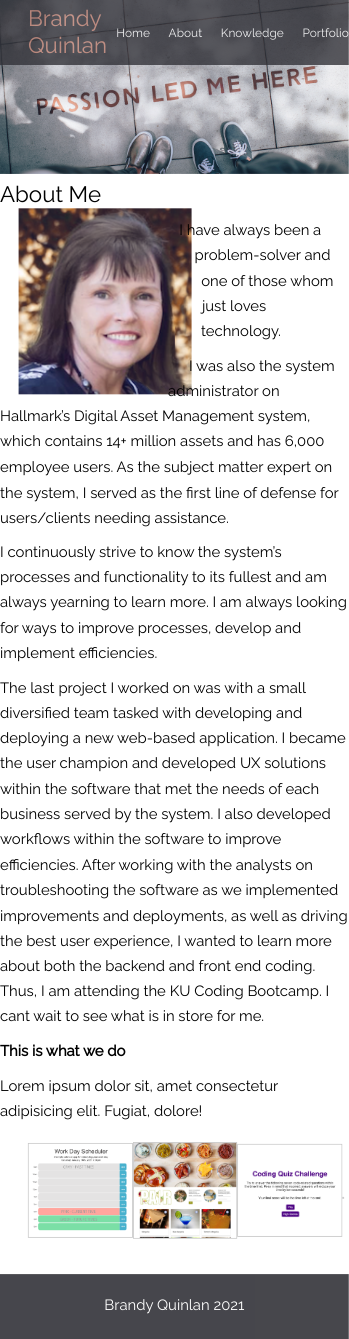
Repository: brandyquinlan/brandyquinlan
Page: index.html
An editor plug-in stored every save of this project. The page is shown before and after the next save, followed by the edit.
The browser window is 375 px wide. The pictures show the whole page, at 93% of full size.
Some web libraries are served in a nearby version.

Above is the page before, as saved 2021-02-05 21:12:02.

### index.html
<!DOCTYPE html>
<html lang="en">

<head>
    <meta charset="UTF-8">
    <meta name="viewport" content="width=device-width, initial-scale=1.0">
    <link href="https://fonts.googleapis.com/css2?family=Roboto" rel="stylesheet">
    <link href="https://fonts.googleapis.com/css2?family=Raleway" rel="stylesheet">

    <link rel="stylesheet" href="https://cdnjs.cloudflare.com/ajax/libs/font-awesome/5.13.0/css/all.min.css" integrity="sha256-h20CPZ0QyXlBuAw7A+KluUYx/3pK+c7lYEpqLTlxjYQ=" crossorigin="anonymous" />
    <link rel="stylesheet" href="css/style.css">
    <title>Quinlan Portfolio</title>
</head>

<body id="home">
    <header class="hero">
        <div id="navbar" class="navbar">
            <h1 class="name">Brandy Quinlan</h1>
            <nav>
                <ul>
                    <li><a href="#home">Home</a></li>
                    <li><a href="#about">About</a></li>
                    <li><a href="#knowledge">Knowledge</a></li>
                    <li><a href="portfolio.html">Portfolio</a></li>
                    <li><a href="contact.html">Contact</a></li>
                </ul>
            </nav>
        </div>
        <section class="container">
            <img src="img/ian-schneider-TamMbr4okv4-unsplash.png" alt="" class="no-repeat  center center/cover">
        </section>
        <!-- <div id="content">
            <h1>My Slogan</h1>
            <p>Lorem ipsum dolor sit amet, consectetur adipisicing elit. Delectus, molestiae.</p>
        </div> -->
    </header>

    <!-- About -->
    <section id="aboutMe">
        <h1>About Me</h1>
        <div id="aboutRow1">

            <img class="float-left img-fluid mr-4 w-25" src="img/Me_copy.png" alt="Brandy Quinlan">
        </div>
        <p>
            I have always been a problem-solver and one of those whom just loves technology.
        </p>
        <p>
            I was also the system administrator on Hallmark’s Digital Asset Management system, which contains 14+ million assets and has 6,000 employee users. As the subject matter expert on the system, I served as the first line of defense for users/clients needing
            assistance.
        </p>
        <p> I continuously strive to know the system’s processes and functionality to its fullest and am always yearning to learn more. I am always looking for ways to improve processes, develop and implement efficiencies.
        </p>
        <p>
            The last project I worked on was with a small diversified team tasked with developing and deploying a new web-based application. I became the user champion and developed UX solutions within the software that met the needs of each business served by the
            system. I also developed workflows within the software to improve efficiencies. After working with the analysts on troubleshooting the software as we implemented improvements and deployments, as well as driving the best user experience, I
            wanted to learn more about both the backend and front end coding. Thus, I am attending the KU Coding Bootcamp. I cant wait to see what is in store for me.
        </p>

    </section>
    <!-- Portfolio Gallery -->
    <section class="projects flex-grid section-padding">
        <header class="section-header">
            <h4>This is what we do</h4>
            <p>
                Lorem ipsum dolor sit, amet consectetur adipisicing elit. Fugiat, dolore!
            </p>
        </header>
        <div class="row">
            <div class="projectsGallery">

                <a href="https://brandyquinlan.github.io/HW05_Day_Planner/" target=”_blank”>
                    <img src="img/day_planner.png" alt="" />
                </a>
                <a href="https://brandyquinlan.github.io/PAIR/" target=”_blank”>
                    <img src="/img/PAIR.png" alt="" />
                </a>
                <a href="https://brandyquinlan.github.io/HW04_Coding_Quiz/" target=”_blank”>
                    <img src="img/code-quiz.png" alt="Code Quiz Project" />
                </a>
                <a href="">
                    <img src="" alt="" />
                </a>
            </div>
    </section>
    <footer>
        <div>
            <p>Brandy Quinlan 2021</p>
        </div>
    </footer>

</body>

</html>

### css/style.css
        * {
            box-sizing: border-box;
            margin: 0;
            padding: 0;
        }
        /* Base Styles */

        body {
            font-family: 'Raleway', sans-serif;
            background: #fff;
            /* color: #333; */
            line-height: 1.7;
        }

        h1,
        h2 {
            font-weight: 250;
            font-size: 1.5rem;
            line-height: 1.2;
        }

        ul {
            list-style: none;
        }

        p {
            margin: 10px 0;
        }

        a {
            text-decoration: none;
            color: #333;
        }

        img {
            max-width: 100%;
        }
        /* Header */

        header h1 {
            color: #bf8273;
            padding-left: 10px;
        }
        /* Navbar */

        #navbar {
            display: flex;
            align-items: center;
            justify-content: space-between;
            width: 100%;
            height: 70px;
            position: fixed;
            top: 0px;
            background: #333339;
            color: #fff;
            opacity: .8;
            padding: 0 20px;
        }

        #navbar a {
            color: #fff;
            padding: 10px 10px;
            font-size: .8rem;
        }

        #navbar a:hover {
            color: #a35a4e;
        }

        #navbar ul {
            display: flex;
        }
        /* About */

        #about {
            border: 30px #5b8f9c solid;
            padding: 30px 80px;
            background: #f4f4f4;
            color: #333;
            /* background: #99999d;
            color: #fff; */
            font-size: .9rem;
        }

        #about h1 {
            color: #e6978a;
            padding-bottom: 20px;
        }

        #aboutRow1 {
            float: left;
            /* padding: 20px; */
            justify-content: space-between;
            margin: 0 20px;
            shape-outside: circle();
        }

        #about img {
            border-radius: 50%;
            margin-right: 50px;
            width: 150px;
            height: 150px;
        }
        /* Knowledge */

        #knowledge h1 {
            /* border-top: #99999d 5px solid; */
            color: #e6978a;
            /* font-weight: bolder; */
            padding: 20px 0 0 80px;
            background: #fff;
        }

        .blocks {
            position: relative;
            top: 15px;
            height: 260px;
            font-size: .9rem;
            background: #f4f4f4;
            border: #ccc 1px dashed;
        }

        .box {
            float: left;
            width: 30%;
            padding: 50px 30px 30px;
            text-align: center;
        }

        .box i {
            margin-bottom: 10px;
        }

        .blocks #box2 {
            background: #e6978a;
            color: #fff;
            height: 260px;
            width: 40%;
            /* position: relative;
            top: -10px; */
        }

        .blocks p {
            margin-bottom: 25px;
        }

        .blocks .btn {
            background: #333;
            color: #fff;
            padding: 5px 15px;
            margin-top: 15px;
            cursor: pointer;
        }

        .blocks .btn:hover {
            opacity: .8;
        }
        /* Projects */

        .projectsGallery {
            padding: 10px 5px 20px 30px;
            display: flex;
            justify-content: space-around;
            align-items: center;
        }

        .projects img {
            border: #ccc 1px solid;
            width: 30vw;
        }

        .projectsGallery p {
            background: #e6978a;
        }

        .projects h1 {
            justify-content: center;
            color: #e6978a;
            padding: 40px 0 0 80px;
        }
        /* Contact */
        /* .form-group {
            align-items: center;
        } */

        #contact {
            display: flex;
            justify-content: space space-between;
            width: 100%;
            max-width: 1920px;
            margin-top: 40px;
            padding: 20px 80px;
            background: #99999d;
            color: #fff;
            font-size: .9rem;
        }

        #contact .column2 {
            width: 40vw;
            align-items: center;
            margin-left: 40px;
            padding: 25px;
            font-size: .9rem;
            border: 15px solid #67a5b4;
        }

        #contact form {
            width: 40vw;
            outline-color: #e6978a;
        }

        #contact input {
            /* display: inline-block;
            flex-direction: column; */
            width: 100%;
            /* margin: 5px 0 0 0; */
            padding: 5px;
            outline: none;
            outline-color: #e6978a;
            /* border-top-style: hidden;
            border-right-style: hidden; */
            border-style: hidden;
            /* border-bottom-style: groove; */
        }

        #contact label {
            /* display: inline-block; */
            margin-bottom: 5px;
            outline-color: #e6978a;
        }

        #contact textarea {
            height: 60px;
            width: 100%;
            outline-color: #e6978a;
            border-style: hidden;
        }

        #contact .btn {
            border-style: hidden;
            text-align: center;
            background: #e6978a;
            width: 30%;
            margin: 5px 0 5px 0;
            padding: 5px;
            color: #333339;
            /* outline: none; */
            /* background: #e6978a; */
            /* outline: none; */
        }

        #contact h1 {
            padding-top: 5px;
        }
        /* Footer */

        footer {
            background: #333339;
            opacity: .9;
            height: 70px;
        }

        footer p {
            display: flex;
            align-items: center;
            justify-content: center;
            color: #fff;
            padding-top: 20px;
        }

        @media(max-width:768px) {
            .projects h1,
            #knowledge h1 {
                padding: 40px 0 0 35px;
            }
            .box {
                padding: 30px;
                text-align: center;
            }
        }

        @media(max-width:500px) {
            .projects h1,
            #knowledge h1 {
                padding: 40px 0 0 35px;
            }
            .box {
                padding: 30px;
                text-align: center;
            }
            .projectsGallery {
                padding: 10px 5px 20px 30px;
                /* display: flex;
                justify-content: space-around; */
                align-items: center;
            }
        }

After the next save:
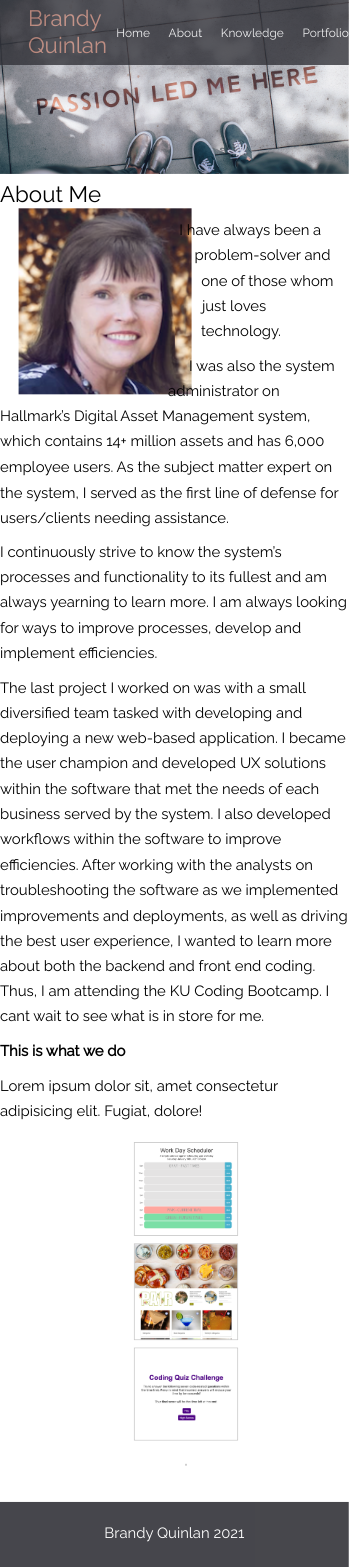
Saved 32 s later.
--- a/css/style.css
+++ b/css/style.css
@@ -290,8 +290,9 @@
             }
             .projectsGallery {
                 padding: 10px 5px 20px 30px;
-                /* display: flex;
-                justify-content: space-around; */
+                display: flex;
+                flex-direction: column;
+                justify-content: space-around;
                 align-items: center;
             }
         }
